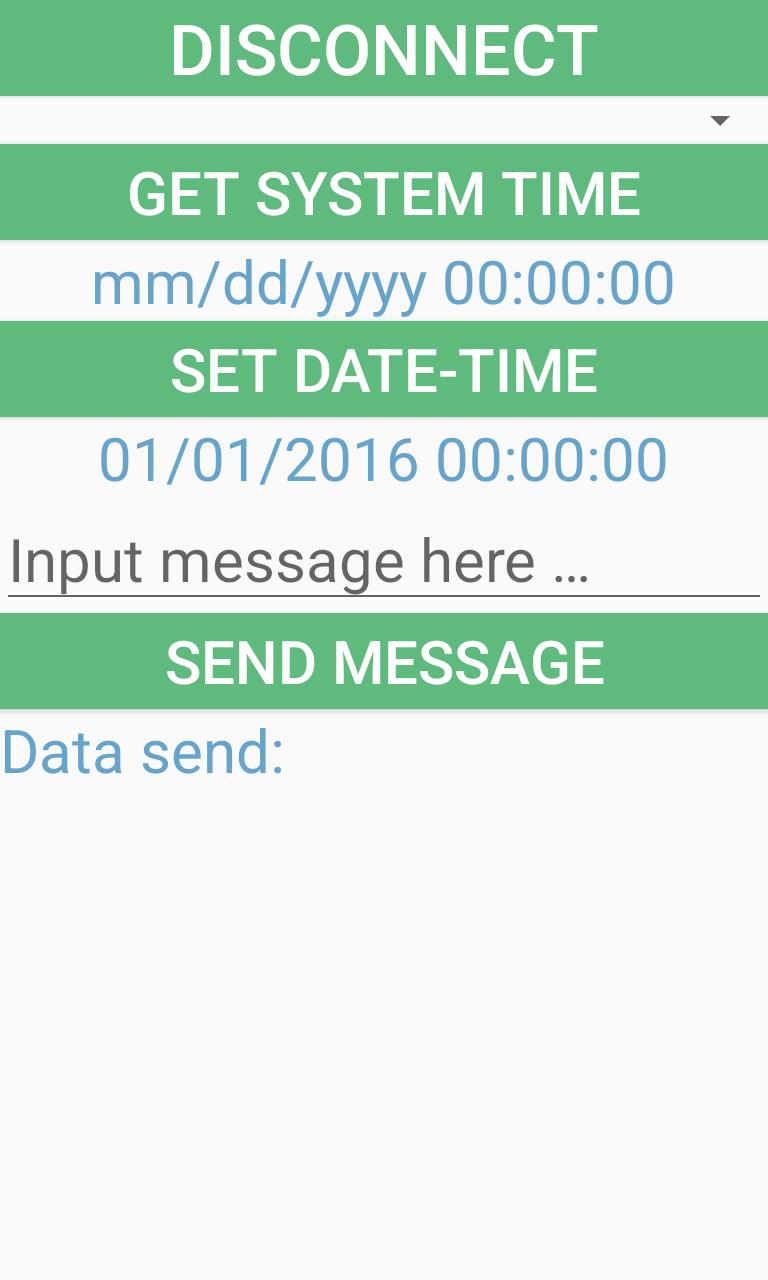
Repository: FisherKei/EclipseWorkspace
Layout: PIC_HC05_DS1307/PIC_HC06_DS1307/res/layout/timer_ds1307.xml
These files come from the project's save history. The layout is drawn as it stood at one moment and after the next save; the edit follows.
It is drawn on a 768 x 1280 px phone screen (xhdpi) without system bars, with theme AppTheme; the app's code is not run.

Above is the layout before, as saved 2016-06-27 13:12:38.

### PIC_HC05_DS1307/PIC_HC06_DS1307/res/layout/timer_ds1307.xml
<LinearLayout xmlns:android="http://schemas.android.com/apk/res/android"
    xmlns:tools="http://schemas.android.com/tools"
    android:id="@+id/LinearLayout1"
    android:layout_width="match_parent"
    android:layout_height="match_parent"
    android:orientation="vertical" >

    <Button
        android:id="@+id/btnDisconnect"
        android:layout_width="match_parent"
        android:layout_height="wrap_content"
        android:background="#5FBA7D"
        android:textColor="#ffffff"
        android:textSize="35sp"
        android:text="@string/strBTDisconnect"/>

    <Spinner
        android:id="@+id/spinSetTimezone"
        android:layout_width="match_parent"
        android:layout_height="wrap_content" />

    <Button
        android:id="@+id/btnGetSysTime"
        android:layout_width="match_parent"
        android:layout_height="wrap_content"
        android:background="#5FBA7D"
        android:textColor="#ffffff"
        android:textSize="30sp"
        android:text="@string/strBtnGetSysTime"/>


    <TextView
        android:id="@+id/txtvSysTime"
        android:layout_width="wrap_content"
        android:layout_height="wrap_content"
        android:textColor="#66A4CB"
        android:layout_gravity="center_horizontal"
        android:text="@string/strTimerVal"
        android:textSize="30sp" />

    <Button
        android:id="@+id/btnSetDateTime"
        android:layout_width="match_parent"
        android:layout_height="wrap_content"
        android:background="#5FBA7D"
        android:textColor="#ffffff"
        android:textSize="30sp"
        android:text="@string/strBtnSetDateTime"/>

    <TextView
        android:id="@+id/txtvTimeSelected"
        android:layout_width="wrap_content"
        android:layout_height="wrap_content"
        android:textColor="#66A4CB"
        android:layout_gravity="center_horizontal"
        android:text="@string/strInitialDateTime"
        android:textSize="30sp" />

    <EditText
        android:id="@+id/editMessage"
        android:layout_width="match_parent"
        android:layout_height="wrap_content"
        android:singleLine="true"
        android:textSize="30sp"
        android:hint="@string/strSendMessage"/>

    <Button
        android:id="@+id/btnSendMessage"
        android:layout_width="match_parent"
        android:layout_height="wrap_content"
        android:background="#5FBA7D"
        android:textColor="#ffffff"
        android:textSize="30sp"
        android:text="@string/strBtnSend"/>

    <TextView
        android:layout_width="match_parent"
        android:layout_height="wrap_content"
        android:textColor="#66A4CB"
        android:text="@string/strTxtvShowSendData"
        android:textSize="30sp" />

    <ScrollView
        android:layout_width="match_parent"
        android:layout_height="wrap_content">

        <TextView
            android:id="@+id/txtvMessages"
            android:layout_width="match_parent"
            android:layout_height="wrap_content"
            android:textSize="30sp"
            android:textColor="#66A4CB"
            android:text=""/>
    </ScrollView>


</LinearLayout>

### PIC_HC05_DS1307/PIC_HC06_DS1307/res/values/strings.xml
<?xml version="1.0" encoding="utf-8"?>
<resources>

    <string name="app_name">PIC_HC06_DS1307</string>
    <string name="action_settings">Settings</string>
    <string name="title_activity_led_control">ledControl</string>
	<string name="strTimerVal">mm/dd/yyyy 00:00:00</string>
    <string name="strBtnGetSysTime">Get System Time</string>
    <string name="strBtnSetDateTime">Set Date-Time</string>
    <string name="strInitialDateTime">01/01/2016 00:00:00</string>
    <string name="strTxtvShowSendData">Data send:</string>
    <string name="strTabDate">DATE</string>
    <string name="strTabTime">TIME</string>
    <string name="strBTDisconnect">Disconnect</string>
    <string name="strSendMessage">Input message here &#8230;</string>
    <string name="strBtnSend">Send message</string>
    <string name="strBtnPaired">Paired Devices</string>

</resources>

Loaded but not shown: PIC_HC05_DS1307/PIC_HC06_DS1307/res/values/styles.xml (common file); PIC_HC05_DS1307/PIC_HC06_DS1307/res/values-v11/styles.xml (common file); PIC_HC05_DS1307/PIC_HC06_DS1307/res/values-v14/styles.xml (common file)

After the next save:
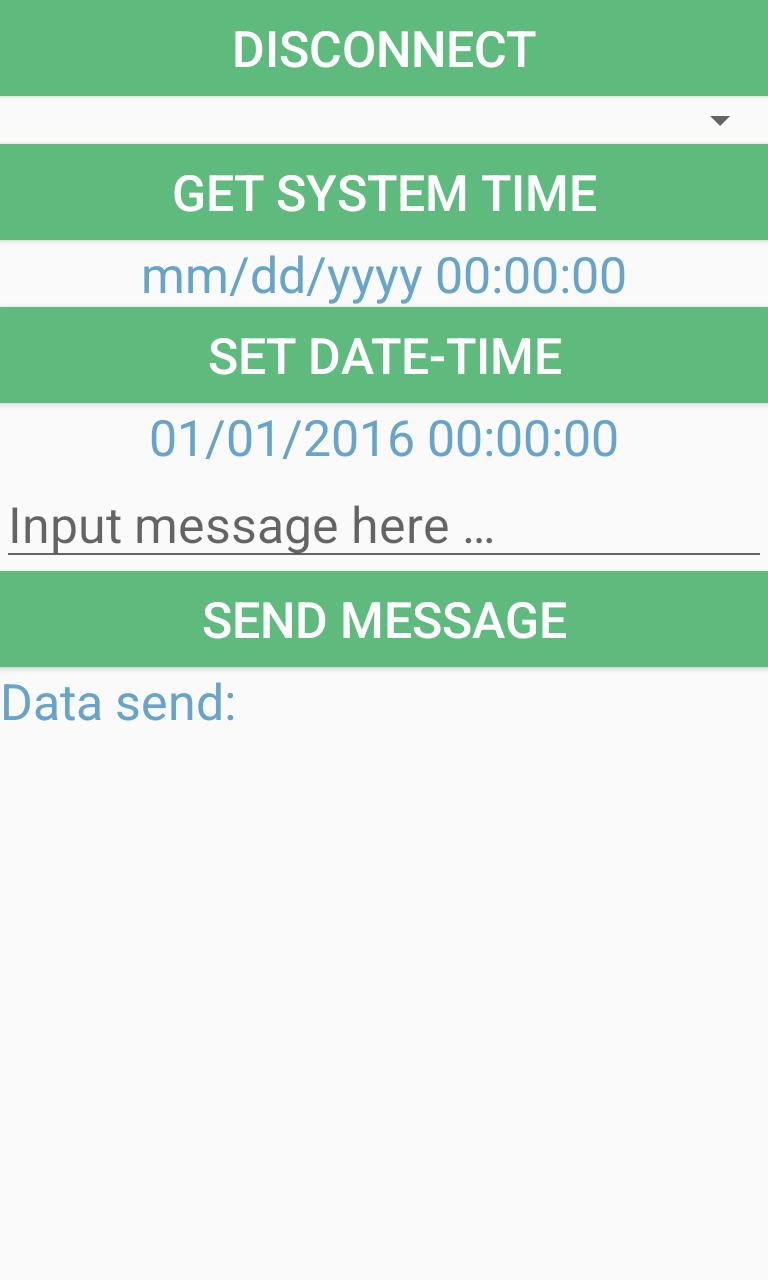
Saved 86 s later.
--- a/PIC_HC05_DS1307/PIC_HC06_DS1307/res/layout/timer_ds1307.xml
+++ b/PIC_HC05_DS1307/PIC_HC06_DS1307/res/layout/timer_ds1307.xml
@@ -11,7 +11,7 @@
         android:layout_height="wrap_content"
         android:background="#5FBA7D"
         android:textColor="#ffffff"
-        android:textSize="35sp"
+        android:textSize="25sp"
         android:text="@string/strBTDisconnect"/>
 
     <Spinner
@@ -25,7 +25,7 @@
         android:layout_height="wrap_content"
         android:background="#5FBA7D"
         android:textColor="#ffffff"
-        android:textSize="30sp"
+        android:textSize="25sp"
         android:text="@string/strBtnGetSysTime"/>
 
 
@@ -36,7 +36,7 @@
         android:textColor="#66A4CB"
         android:layout_gravity="center_horizontal"
         android:text="@string/strTimerVal"
-        android:textSize="30sp" />
+        android:textSize="25sp" />
 
     <Button
         android:id="@+id/btnSetDateTime"
@@ -44,7 +44,7 @@
         android:layout_height="wrap_content"
         android:background="#5FBA7D"
         android:textColor="#ffffff"
-        android:textSize="30sp"
+        android:textSize="25sp"
         android:text="@string/strBtnSetDateTime"/>
 
     <TextView
@@ -54,14 +54,14 @@
         android:textColor="#66A4CB"
         android:layout_gravity="center_horizontal"
         android:text="@string/strInitialDateTime"
-        android:textSize="30sp" />
+        android:textSize="25sp" />
 
     <EditText
         android:id="@+id/editMessage"
         android:layout_width="match_parent"
         android:layout_height="wrap_content"
         android:singleLine="true"
-        android:textSize="30sp"
+        android:textSize="25sp"
         android:hint="@string/strSendMessage"/>
 
     <Button
@@ -70,7 +70,7 @@
         android:layout_height="wrap_content"
         android:background="#5FBA7D"
         android:textColor="#ffffff"
-        android:textSize="30sp"
+        android:textSize="25sp"
         android:text="@string/strBtnSend"/>
 
     <TextView
@@ -78,7 +78,7 @@
         android:layout_height="wrap_content"
         android:textColor="#66A4CB"
         android:text="@string/strTxtvShowSendData"
-        android:textSize="30sp" />
+        android:textSize="25sp" />
 
     <ScrollView
         android:layout_width="match_parent"
@@ -88,7 +88,7 @@
             android:id="@+id/txtvMessages"
             android:layout_width="match_parent"
             android:layout_height="wrap_content"
-            android:textSize="30sp"
+            android:textSize="25sp"
             android:textColor="#66A4CB"
             android:text=""/>
     </ScrollView>
